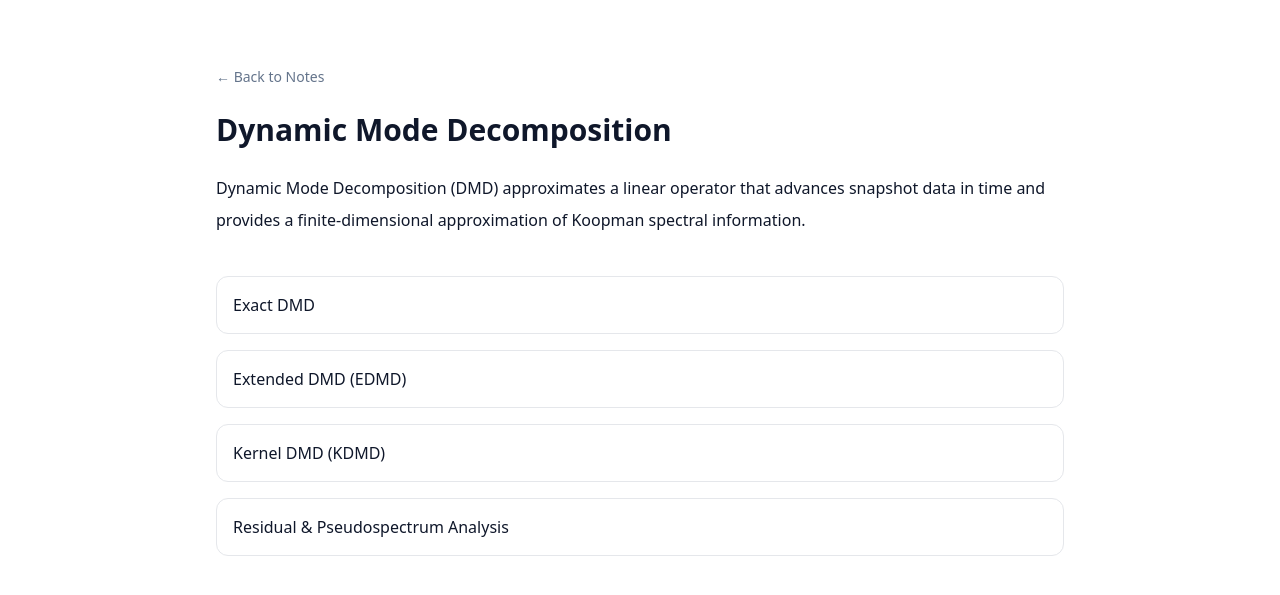
Repository: JWS625/JWS625.github.io
Page: notes/aeroelasticity/index.html
These files come from the project's save history. The page is drawn as it stood at one moment and after the next save; the edit follows.
The browser window is 1280 px wide. The pictures show the whole page.
Some web libraries are served in a nearby version.

Above is the page before, as saved 2026-02-20 17:25:49.

### notes/aeroelasticity/index.html
<!doctype html>
<html>
<head>
<meta charset="utf-8">
<title>Aeroelasticity | Research Notes</title>
<script src="https://cdn.tailwindcss.com"></script>
</head>

<body class="bg-white text-slate-900">
<div class="max-w-4xl mx-auto px-6 py-16">

<a href="../index.html" class="text-sm text-slate-500 hover:text-black">
← Back to Notes
</a>

<h1 class="text-3xl font-semibold mt-6">
Dynamic Mode Decomposition
</h1>

<p class="mt-6 leading-8">
Dynamic Mode Decomposition (DMD) approximates a linear operator
that advances snapshot data in time and provides a finite-dimensional
approximation of Koopman spectral information.
</p>

<div class="mt-10 space-y-4">

<a href="exact.html" class="block p-4 border rounded-xl hover:bg-slate-50">
Exact DMD
</a>

<a href="edmd.html" class="block p-4 border rounded-xl hover:bg-slate-50">
Extended DMD (EDMD)
</a>

<a href="kdmd.html" class="block p-4 border rounded-xl hover:bg-slate-50">
Kernel DMD (KDMD)
</a>

<a href="residual.html" class="block p-4 border rounded-xl hover:bg-slate-50">
Residual & Pseudospectrum Analysis
</a>

</div>

</div>
</body>
</html>

After the next save:
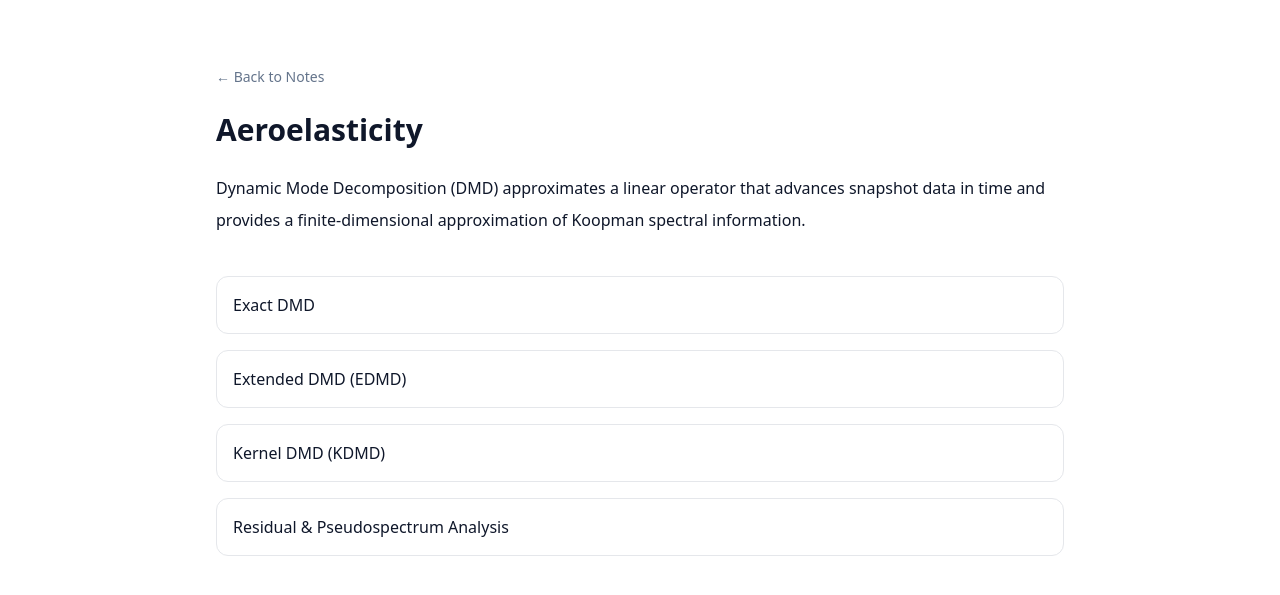
Saved 5 s later.
--- a/notes/aeroelasticity/index.html
+++ b/notes/aeroelasticity/index.html
@@ -14,7 +14,7 @@
 </a>
 
 <h1 class="text-3xl font-semibold mt-6">
-Dynamic Mode Decomposition
+Aeroelasticity
 </h1>
 
 <p class="mt-6 leading-8">
